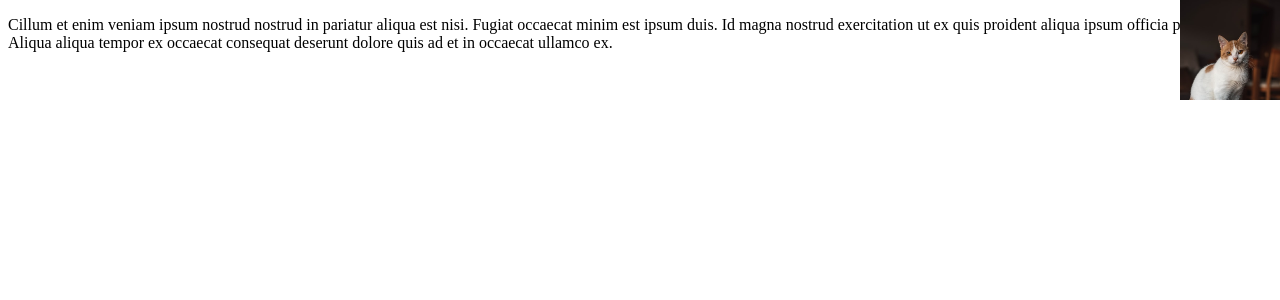
Repository: rakeshkolpepatil/CSS_Apana_College
Page: index.html
An editor plug-in stored every save of this project. The page is shown before and after the next save, followed by the edit.
The browser window is 1280 px wide. The pictures show the whole page.

Above is the page before, as saved 2023-06-23 20:17:28.

After the next save:
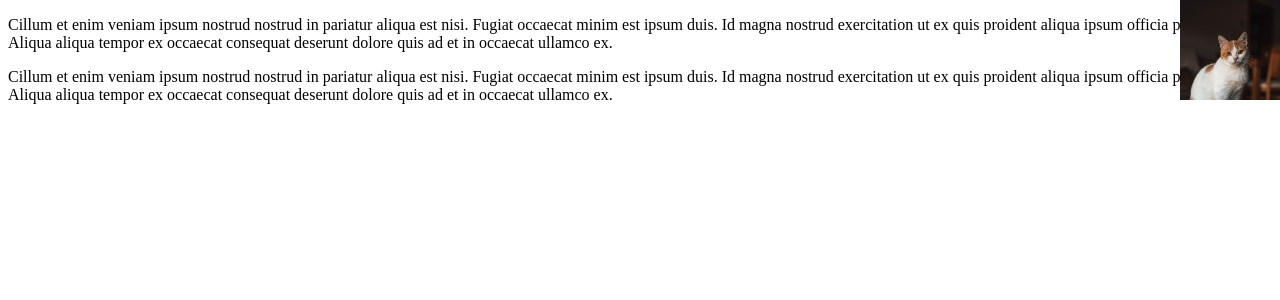
Saved 40 s later.
--- a/index.html
+++ b/index.html
@@ -7,6 +7,9 @@
   <link rel="stylesheet" href="styleSix.css"/>
 </head>
 <body>
+  <p>
+    Cillum et enim veniam ipsum nostrud nostrud in pariatur aliqua est nisi. Fugiat occaecat minim est ipsum duis. Id magna nostrud exercitation ut ex quis proident aliqua ipsum officia pariatur amet. Aliqua aliqua tempor ex occaecat consequat deserunt dolore quis ad et in occaecat ullamco ex.
+  </p>
   <div id="div1"></div>
   <p>
     Cillum et enim veniam ipsum nostrud nostrud in pariatur aliqua est nisi. Fugiat occaecat minim est ipsum duis. Id magna nostrud exercitation ut ex quis proident aliqua ipsum officia pariatur amet. Aliqua aliqua tempor ex occaecat consequat deserunt dolore quis ad et in occaecat ullamco ex.
